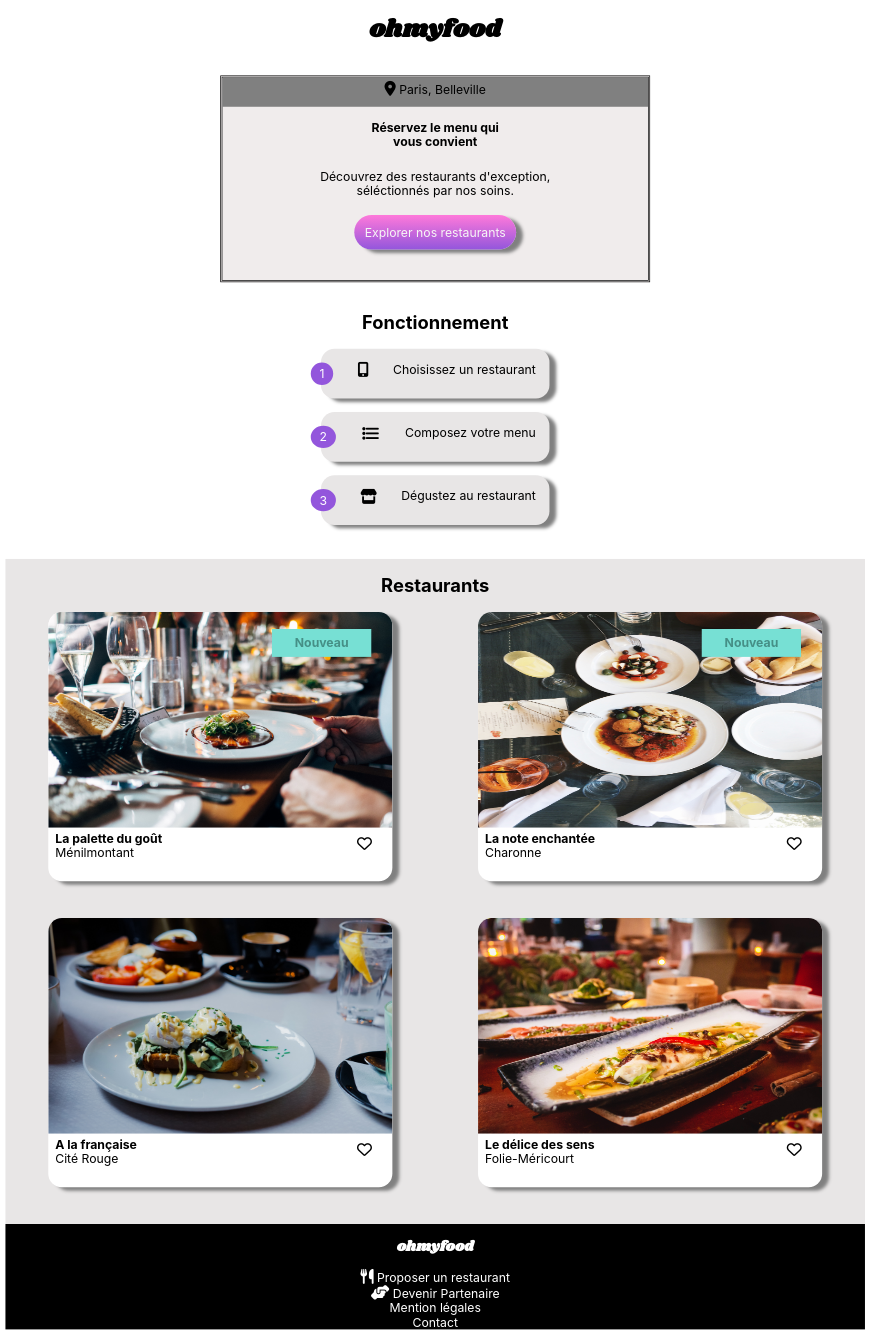
Repository: yacinebouk/ohmyfood
Page: index.html
An editor plug-in stored every save of this project. The page is shown before and after the next save, followed by the edit.
The browser window is 1280 px wide. The pictures show the whole page, at 68% of full size.
Some web libraries are served in a nearby version. The style sheet was rebuilt from its Sass, Less or Tailwind sources for each picture, by a compiler version that may differ from the author's.

Above is the page before, as saved 2022-07-15 11:02:24.

### index.html
<!DOCTYPE html>
<html lang="fr">

<head>
    <script src="https://kit.fontawesome.com/225bbe1e2d.js" crossorigin="anonymous"></script>
    <meta charset="utf-8" />
    <title>ohmyfood</title>
    <link rel="stylesheet" href="css/styles.css" />
    <meta name="viewport" content="width=device-width, initial-scale=1">
</head>

<body>
    <div class="hide">
        <div class="loader"></div>
    </div>
    <main>
        <header>
            <h1 class="Tittle">ohmyfood</h1>
            <div class="search">
                <div class="town"> <span><i class="fa-solid fa-location-dot"></i></span> Paris, Belleville</div>
                <div class="reservation"> <b> Réservez le menu qui <br> vous convient</b> </div>
                <div class="discover">Découvrez des restaurants d'exception, <br> séléctionnés par nos soins.</div>
                <div class="explore">
                    <span class="explore-text">Explorer nos restaurants</span>
                </div>
            </div>
        </header>
        <section class="section-working">
            <div class="working">
                <h2>Fonctionnement</h2>
                <div class="choose">
                    <div class="number">1</div>
                    <div class="logo-work"> <i class="fa-solid fa-mobile-screen-button"></i></div>
                    <div class="text-work"> Choisissez un restaurant</div>
                </div>
                <div class="compose">
                    <div class="number">2</div>
                    <div class="logo-work"><i class="fa-solid fa-ellipsis-vertical"><i class="fa-solid fa-bars"></i></i>
                    </div>
                    <div class="text-work"> Composez votre menu</div>
                </div>
                <div class="taste">
                    <div class="number">3</div>
                    <div class="logo-work"><i class="fa-solid fa-store"></i>
                    </div>
                    <div class="text-work"> Dégustez au restaurant</div>
                </div>
            </div>
        </section>
        <section class="section-restaurant">
            <div class="restaurant">
                <h2>Restaurants</h2>
                <div class="block-restaurant">
                    <div class="border-restaurant">
                        <div class="block-picture">
                            <div class="new"><b>Nouveau</b></div>
                            <div class="picture-restaurant"> <img src="./images/restaurants/jay-wennington-N_Y88TWmGwA-unsplash.jpg" style="height:100%;width: 100%" alt="Ohmyfood"></div>
                        </div>
                        <div class="block-text">
                            <div class="text">
                                <a href="./palette.html">
                                    <div class="title-restaurant"><b> La palette du goût</b>
                                    </div>
                                    <div class="place-restaurant"> Ménilmontant</div>
                                </a>
                            </div>
                            <div class="heart">
                                <button>
                                <span class="heart-regular"><i class="fa-regular fa-heart"></i></span>
                                <span class="heart-solid"><i class="fa-solid fa-heart"></i></span>
                                </button>
                            </div>
                        </div>
                    </div>
                    <div class="border-restaurant">
                        <div class="block-picture">
                            <div class="new"><b>Nouveau</b></div>
                            <div class="picture-restaurant"> <img src="./images/restaurants/stil-u2Lp8tXIcjw-unsplash.jpg" style="height:100%;width: 100%" alt="Ohmyfood"></div>
                        </div>
                        <div class="block-text">
                            <div class="text">
                                <a href="./noteenchanté.html">
                                    <div class="title-restaurant"><b> La note enchantée</b>
                                    </div>
                                    <div class="place-restaurant"> Charonne</div>
                                </a>
                            </div>
                            <div class="heart">
                                <button>
                                <span class="heart-regular"><i class="fa-regular fa-heart"></i></span>
                                <span class="heart-solid"><i class="fa-solid fa-heart"></i></span>
                                </button>
                            </div>
                        </div>
                    </div>
                    <div class="border-restaurant">
                        <div class="block-picture">
                            <div class="picture-restaurant"> <img src="./images/restaurants/toa-heftiba-DQKerTsQwi0-unsplash.jpg" style="height:100%;width: 100%" alt="Ohmyfood"></div>
                        </div>
                        <div class="block-text">
                            <div class="text">
                                <a href="./francaise.html">
                                    <div class="title-restaurant"><b>A la française</b>
                                    </div>
                                    <div class="place-restaurant"> Cité Rouge</div>
                                </a>
                            </div>
                            <div class="heart">
                                <button>
                                <span class="heart-regular"><i class="fa-regular fa-heart"></i></span>
                                <span class="heart-solid"><i class="fa-solid fa-heart"></i></span>
                                </button>
                            </div>
                        </div>
                    </div>
                    <div class="border-restaurant">
                        <div class="block-picture">
                            <div class="picture-restaurant"> <img src="./images/restaurants/louis-hansel-shotsoflouis-qNBGVyOCY8Q-unsplash.jpg" style="height:100%;width: 100%" alt="Ohmyfood"></div>
                        </div>
                        <div class="block-text">
                            <div class="text">
                                <a href="./ledélice.html">
                                    <div class="title-restaurant"><b>Le délice des sens</b></div>
                                    <div class="place-restaurant">Folie-Méricourt</div>
                                </a>
                            </div>
                            <div class="heart">
                                <button>
                                <span class="heart-regular"><i class="fa-regular fa-heart"></i></span>
                                <span class="heart-solid"><i class="fa-solid fa-heart"></i></span>
                                </button>
                            </div>
                        </div>
                    </div>
                </div>
            </div>
        </section>
        <footer>
            <div class="frame-end">
                <h3 class="little-tittle">ohmyfood </h3>
                <div class="end">
                    <div class="propose"> <i class="fa-solid fa-utensils"></i> Proposer un restaurant</div>
                    <div class="partner"> <i class="fa-solid fa-handshake-angle"></i> Devenir Partenaire</div>
                    <div class="mention">Mention légales</div>
                    <div class="contact">
                        <a href="mailto:yacineboukhari@hotmail.com">Contact</a></div>
                </div>
            </div>
        </footer>
    </main>
</body>

### style/styles.scss
main {
    font-size: 18px;
    font-family: -apple-system, BlinkMacSystemFont, 'Segoe UI', Roboto, Oxygen, Ubuntu, Cantarell, 'Open Sans', 'Helvetica Neue', sans-serif;
}

@font-face {
    font-family: 'Shrikhand';
    src: url('../language/Shrikhand-Regular.otf');
}

h1 {
    font-family: 'Shrikhand';
}

h3 {
    font-family: 'Shrikhand';
}

h2 {
    text-align: center;
}

header {
    text-align: center;
}

@mixin shadow {
    box-shadow: grey 10px 5px 5px;
}

@mixin block {
    display: flex;
    flex-direction: row;
    justify-content: space-between;
    padding-bottom: 40px;
    @include shadow;
    background-color: rgb(232, 230, 230);
    border-radius: 20px 20px;
    padding: 20px 20px 20px 0px;
    width: 25%;
    margin: auto;
}

.logo-img {
    padding-bottom: 20px;
}

.search {
    border: double;
    margin-left: 25%;
    margin-right: 25%;
    background-color: rgb(240, 236, 236);
    padding-bottom: 20px;
}

.town {
    padding-bottom: 15px;
    border-bottom: lightgray 2px;
    padding-top: 5px;
    background-color: grey;
}

.reservation {
    padding-top: 20px;
    padding-bottom: 30px
}

.discover {
    padding-bottom: 40px;
}

.explore {
    padding-bottom: 40px;
}

.explore span {
    @include shadow;
    background: linear-gradient(#FF79DA, #9356DC);
    border-radius: 50px 50px;
    padding: 15px;
    color: #f6f6f6;
}

.working {
    padding-top: 20px;
    display: flex;
    justify-content: center;
    flex-direction: column;
}

.number {
    border: #9356DC solid;
    border-radius: 50%;
    background-color: #9356DC;
    padding: 3px 10px 3px 10px;
    color: white;
    margin-left: -15px;
}

.choose {
    @include block;
    margin-bottom: 20px;
    &:hover {
        .logo-work {
            color: #9356DC;
        }
        background-color: #d8cee4;
    }
}

.compose {
    @include block;
    margin-bottom: 20px;
    &:hover {
        .logo-work {
            color: #9356DC;
        }
        background-color: #d8cee4;
    }
}

.taste {
    @include block;
    margin-bottom: 50px;
    &:hover {
        .logo-work {
            color: #9356DC;
        }
        background-color: #d8cee4;
    }
}

.section-restaurant {
    display: flex;
    flex-direction: column;
    background-color: rgb(232, 230, 230);
}

h1 {
    text-align: center;
    padding-bottom: 20px;
}

.block-restaurant {
    display: flex;
    flex-wrap: wrap;
    height: 900px;
    width: 100%;
    justify-content: space-around;
}

.border-restaurant {
    width: 40%;
    height: 44%;
    overflow: hidden;
    @include shadow;
    background-color: white;
    border-radius: 20px 20px;
}

.picture-restaurant {
    height: 80%;
}

.text {
    padding-left: 10px;
    display: flex;
    flex-direction: column;
    width: 100%;
}

.text a {
    text-decoration: none black;
    color: black;
}

.block-text {
    display: flex;
    place-items: flex-end;
    justify-content: space-between;
}

.heart {
    height: 100%;
    width: 100px;
    margin-bottom: auto;
    min-height: 48px;
    display: flex;
    justify-content: center;
    align-items: center;
    cursor: pointer;
    button {
        height: 100%;
        background-color: transparent;
        background-repeat: no-repeat;
        display: flex;
        justify-content: center;
        align-items: center;
        cursor: pointer;
        border: none;
        cursor: pointer;
        overflow: hidden;
        outline: none;
        &:focus {
            .heart-solid {
                animation: 3s colorin;
                display: flex;
            }
            .heart-regular {
                display: none;
            }
        }
    }
}

.heart-solid {
    display: none;
    font-weight: 900;
    background-clip: text;
    -webkit-background-clip: text;
    -moz-background-clip: text;
    background-image: linear-gradient(#9356DC, #FF79DA);
    -webkit-text-fill-color: transparent;
}

i {
    font-size: 22px;
}

@keyframes colorin {
    0% {
        visibility: hidden;
        opacity: 0;
    }
    100% {
        visibility: visible;
        opacity: 1;
    }
}

@keyframes fadeIn {
    0% {
        visibility: visible;
        opacity: 1;
    }
    100% {
        visibility: hidden;
        opacity: 0;
    }
}

.loader {
    border: 10px solid #f3f3f3;
    border-top: 10px solid red;
    border-bottom: 10px solid blue;
    border-radius: 50%;
    width: 100px;
    height: 100px;
    margin: auto;
    position: absolute;
    top: 0;
    left: 0;
    right: 0;
    bottom: 0;
    -webkit-animation: spin 1.5s linear infinite;
    -o-animation: spin 1.5s linear infinite;
    animation: spin 1.5s linear infinite;
}

.hide {
    animation: 2s fadeIn;
    animation-fill-mode: forwards;
}

main {
    animation: 2s fadeOut;
}

@keyframes fadeOut {
    0% {
        visibility: hidden;
        opacity: 0;
    }
    100% {
        visibility: visible;
        opacity: 1;
    }
}

@keyframes fadeIn {
    0% {
        visibility: visible;
        opacity: 1;
    }
    100% {
        visibility: hidden;
        opacity: 0;
    }
}

@keyframes spin {
    0% {
        transform: rotate(0deg);
    }
    100% {
        transform: rotate(360deg);
    }
}

.frame-end {
    text-align: center;
    background-color: black;
    color: white;
    display: flex;
    flex-direction: column;
}

.little-picture {
    height: 20px;
}

.contact a {
    text-decoration: none white;
    color: white;
}

.block-picture {
    position: relative;
    height: 80%;
}

.picture-restaurant {
    height: 100%;
}

.new {
    color: rgb(69, 143, 134);
    background-color: rgb(119, 224, 212);
    width: 25%;
    position: absolute;
    text-align: center;
    margin-left: 65%;
    margin-top: 5%;
    padding: 10px;
}

@media screen and (min-width: 320px) and (max-width: 768px) {
    main {
        font-size: 20px;
    }
    body {
        margin: 0;
        width: 100%;
    }
    header {
        width: 100%;
    }
    .logo-img {
        padding-bottom: 10px;
    }
    .search {
        border: none;
        margin: 0;
        width: 100%;
    }
    .town {
        padding-top: 5px;
        background-color: rgb(216, 214, 214);
        border-bottom: none;
        border-top: solid 2px grey;
    }
    .reservation {
        font-size: 24px;
        padding-bottom: 20px;
    }
    h1 {
        text-align: center;
    }
    h2 {
        text-align: initial;
    }
    h3 {
        margin-left: 20px;
    }
    .working {
        margin-left: 20px;
    }
    .choose {
        margin-left: 0;
        width: 90%;
    }
    .compose {
        margin-left: 0;
        width: 90%;
    }
    .taste {
        margin-left: 0;
        width: 90%;
    }
    .restaurant {
        margin-left: 20px;
    }
    .block-restaurant {
        height: auto;
        justify-content: unset;
    }
    .border-restaurant {
        width: 95%;
        height: 40%;
        margin-bottom: 20px;
    }
    .picture-restaurant {
        height: 200px;
        width: 100%;
    }
    .block-text {
        padding: 10px;
    }
    .frame-end {
        text-align: initial;
    }
    .end {
        display: flex;
        justify-content: space-around;
        flex-direction: column;
        margin-left: 20px;
    }
    .contact {
        padding-bottom: 20px;
    }
}

@media screen and (min-width: 769px) and (max-width: 991px) {
    .choose {
        width: 32%;
        margin-left: 34%;
    }
    .compose {
        width: 32%;
        margin-left: 34%;
    }
    .taste {
        width: 32%;
        margin-left: 34%;
    }
}

After the next save:
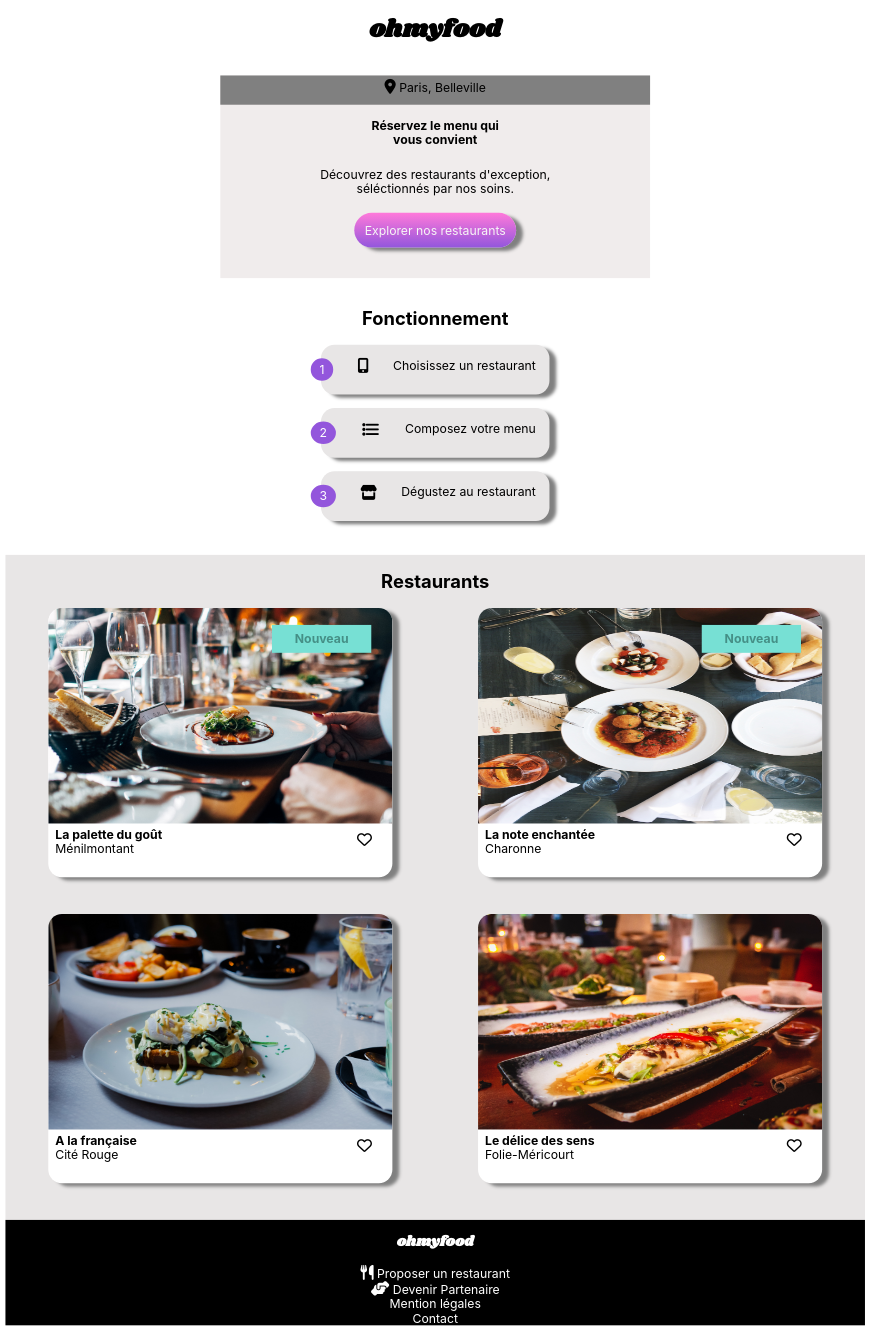
Saved 51 s later.
--- a/style/styles.scss
+++ b/style/styles.scss
@@ -46,7 +46,6 @@ header {
 }
 
 .search {
-    border: double;
     margin-left: 25%;
     margin-right: 25%;
     background-color: rgb(240, 236, 236);
